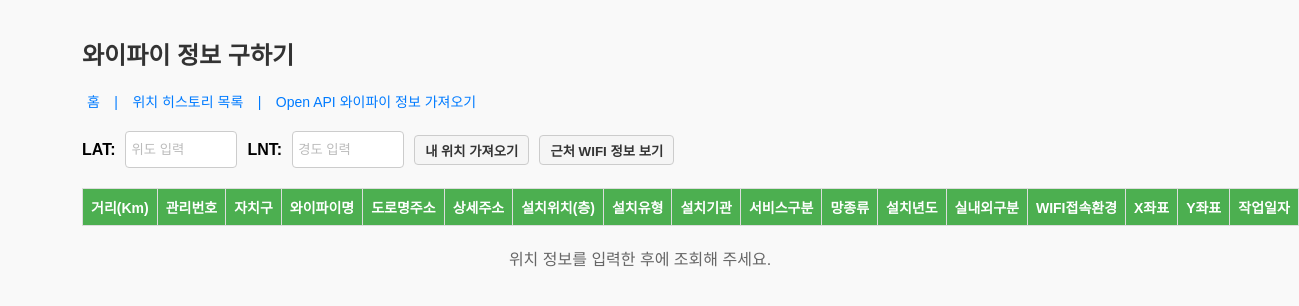
Repository: sangpyolee0/zerobase_task
Page: http://localhost/WifiProject/
An editor plug-in stored every save of this project. The page is shown before and after the next save, followed by the edit.
The browser window is 1280 px wide. The page is 1299 px wide, so the pictures cover 1299 px, including what lies to the right of the window. The pictures show the whole page.
The page is served by Tomcat 9.

Above is the page before, as saved 2024-12-08 18:23:56.

After the next save:
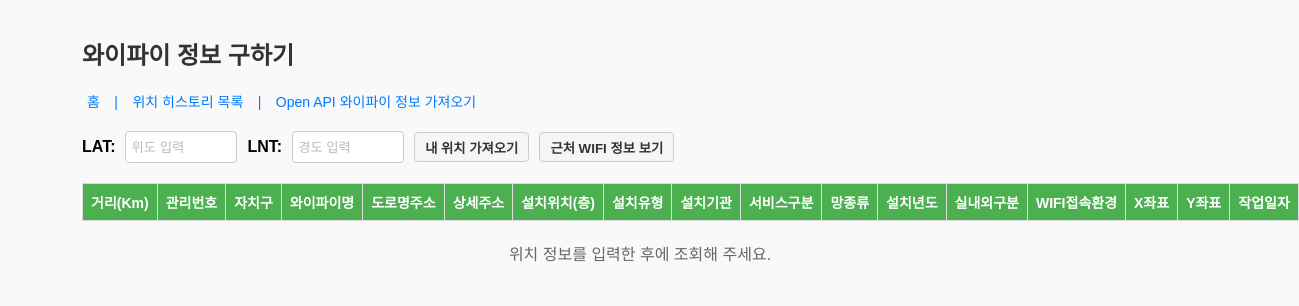
Saved 11 s later.
--- a/WifiProject/src/main/webapp/css/index.css
+++ b/WifiProject/src/main/webapp/css/index.css
@@ -60,7 +60,7 @@ form input {
     border: 1px solid #ccc;
     border-radius: 4px;
     width: 100px;
-    height: 25px;
+    height: 20px;
 }
 
 form input::placeholder {
